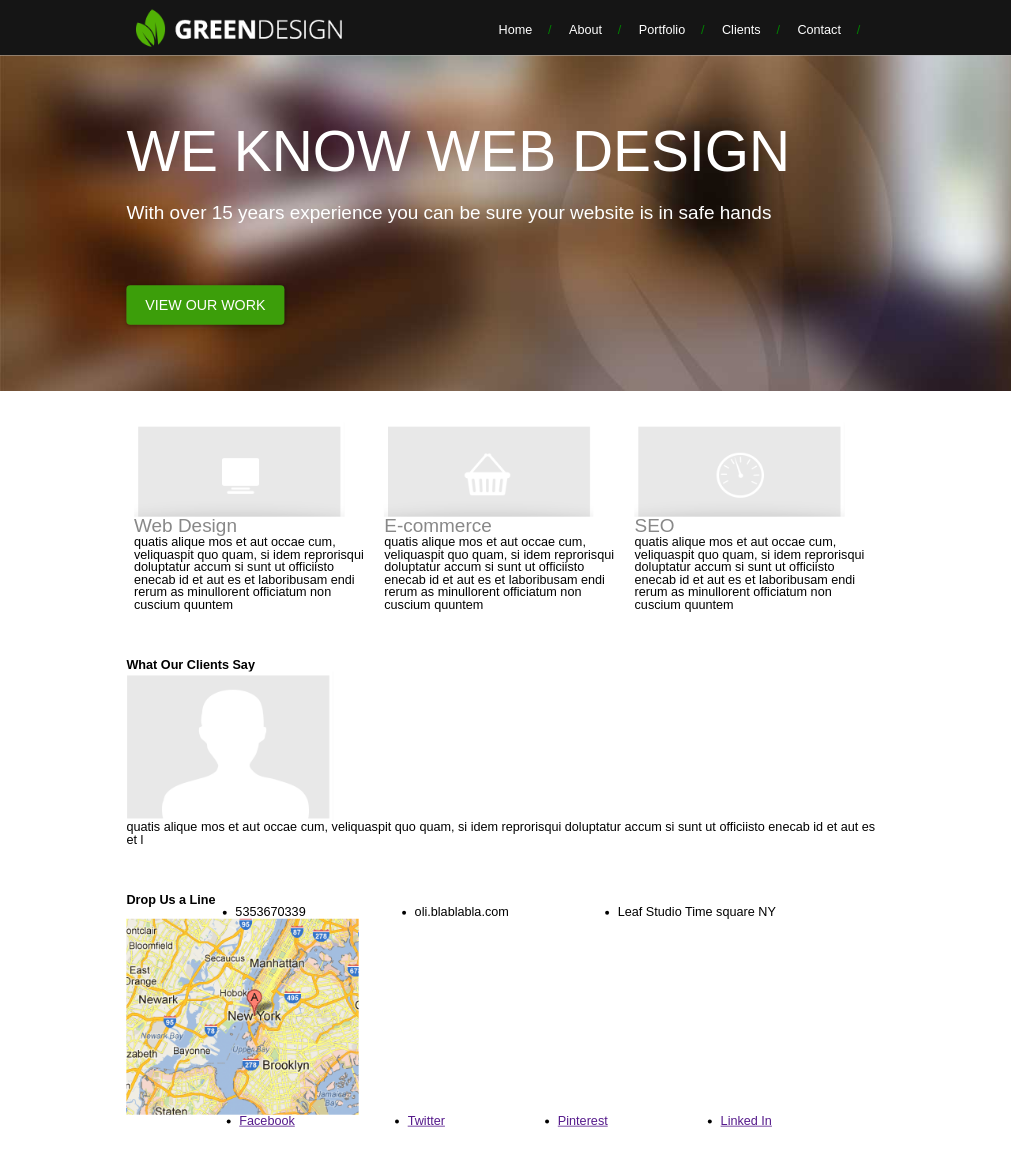
Repository: Piterwk1/psd-to-html
Page: website/index.html
The author's editor kept a copy of each file at every save. The page is drawn from the files as they stood at one save, then again after the next save.
The browser window is 1280 px wide. The pictures show the whole page, at 79% of full size.

Above is the page before, as saved 2021-09-14 21:16:55.

After the next save:
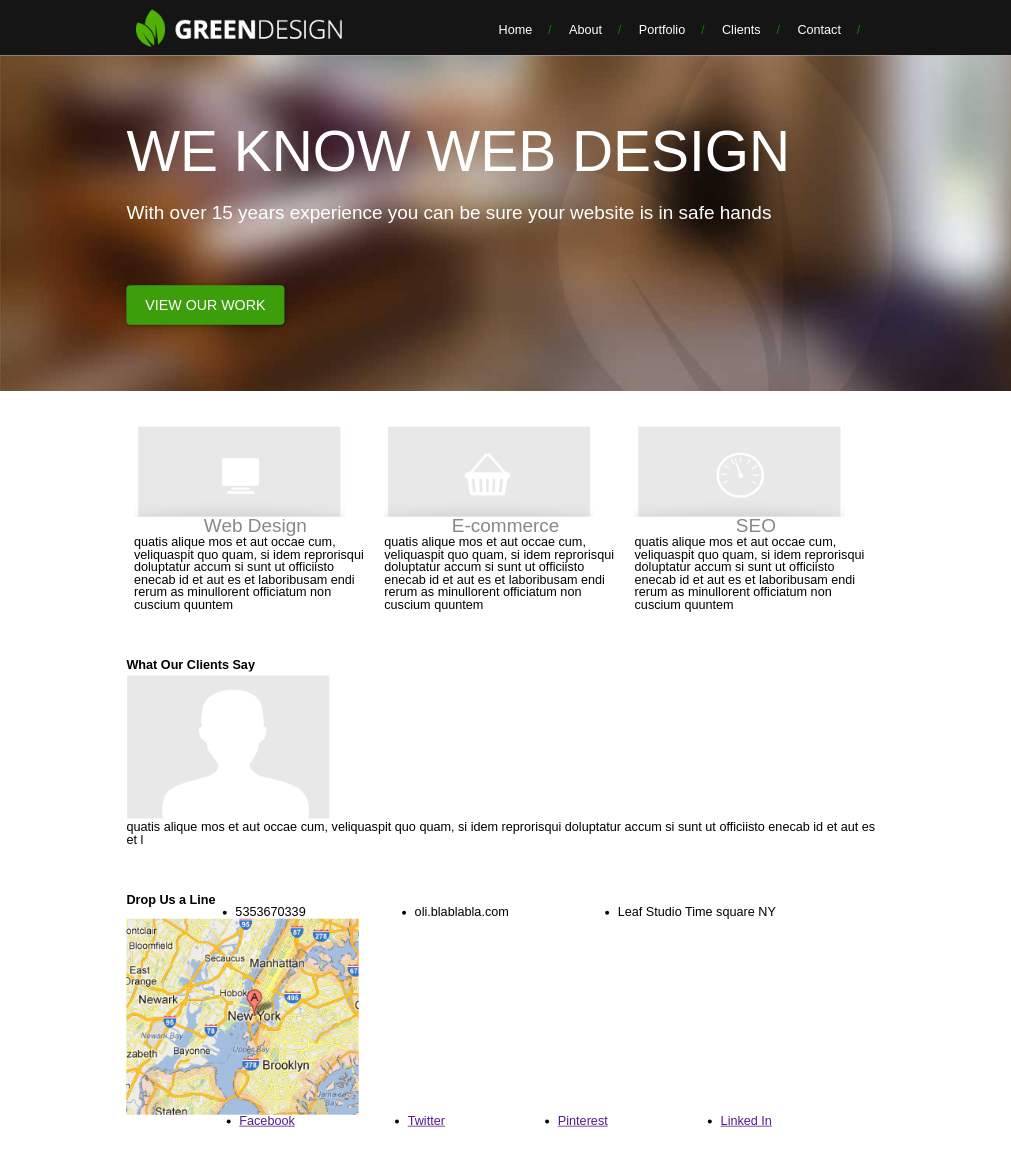
Saved 5 s later.
--- a/website/style.css
+++ b/website/style.css
@@ -302,7 +302,7 @@ section ul {
 
 #points-of-sale li h3 {
     width: 100%;
-    /* text-align: center; */
+    text-align: center;
     color:  #888;
     font-size: 24px;
     font-weight: normal;
